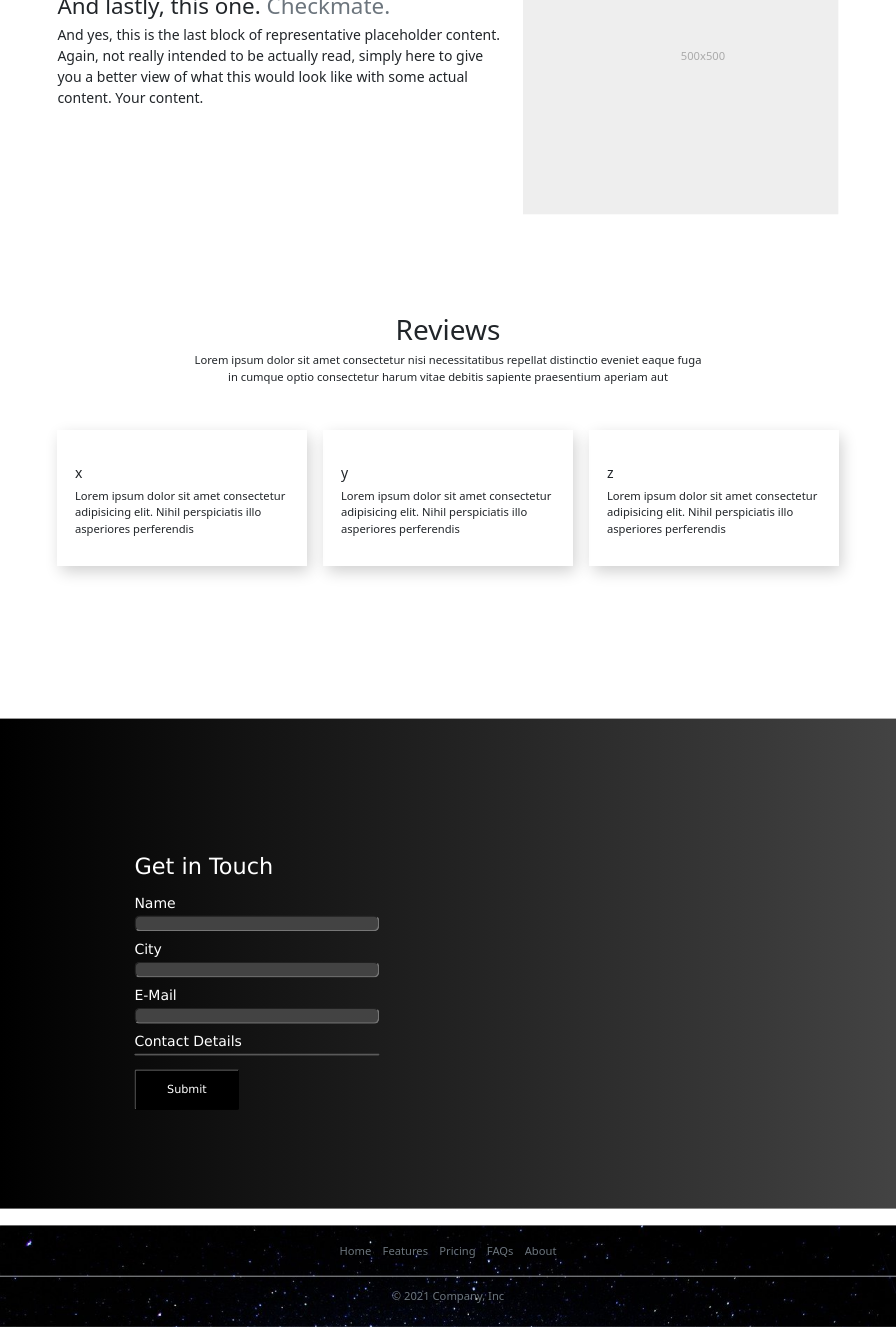
Repository: sarthakkathpalia/elliptical
Page: html/home.html
An editor plug-in stored every save of this project. The page is shown before and after the next save, followed by the edit.
The browser window is 1280 px wide. The pictures show the part of the page from y = 2581 to 4501 px (the page is 4501 px tall), at 70% of full size.

Above is the page before, as saved 2021-10-28 21:40:08.
Console error: ReferenceError: emailjs is not defined

### html/home.html
<!doctype html>
<html lang="en">
  <head>
    <!-- Required meta tags -->
    <meta charset="utf-8">
    <meta name="viewport" content="width=device-width, initial-scale=1">

    <!-- Bootstrap CSS -->
    <link href="https://cdn.jsdelivr.net/npm/bootstrap@5.1.3/dist/css/bootstrap.min.css" rel="stylesheet" integrity="sha384-1BmE4kWBq78iYhFldvKuhfTAU6auU8tT94WrHftjDbrCEXSU1oBoqyl2QvZ6jIW3" crossorigin="anonymous">
    <link rel="stylesheet" href="/Css/home.css">
    <script type="text/javascript" src="https://cdn.jsdelivr.net/npm/emailjs-com@3/dist/email.min.js"></script>
    <script type="text/javascript">
    (function() {
    emailjs.init("user_RQy2NQAr1UeMOoaw4Cpgi");
    })();
    </script>
    <title>XYZ</title>
  </head>
  <body>

    <nav class="navbar navbar-expand-lg ">
      <div class="container">
        <a class="navbar-brand" href="#">Navbar</a>
        <button class="navbar-toggler" type="button" data-bs-toggle="collapse" data-bs-target="#navbarNavDropdown" aria-controls="navbarNavDropdown" aria-expanded="false" aria-label="Toggle navigation">
          <span class="navbar-toggler-icon"></span>
        </button>
        <div class="collapse navbar-collapse" id="navbarNavDropdown">
          <ul class="navbar-nav ms-auto ">
            <li class="nav-item">
              <a class="nav-link active" aria-current="page" href="#">Home</a>
            </li>
            <li class="nav-item">
              <a class="nav-link" href="#fly">FLY TO SPACE</a>
            </li>
            <li class="nav-item">
              <a class="nav-link" href="#">Lunar Land</a>
            </li>
            <li class="nav-item">
              <a class="nav-link" href="#section2">About Us</a>
            </li>
            <li class="nav-item">
              <a class="nav-link" href="#services">Reviews</a>
            </li>
            <li class="nav-item">
              <a class="nav-link" href="#contact">Contact us</a>
            </li>

            <li class="nav-item dropdown">
              <a class="nav-link dropdown-toggle" href="#" id="navbarDropdownMenuLink" role="button" data-bs-toggle="dropdown" aria-expanded="false">
                Dropdown link
              </a>
              <ul class="dropdown-menu" aria-labelledby="navbarDropdownMenuLink">
                <li><a class="dropdown-item" href="#">Action</a></li>
                <li><a class="dropdown-item" href="#">Another action</a></li>
                <li><a class="dropdown-item" href="#">Something else here</a></li>
              </ul>
            </li>
          </ul>
        </div>
      </div>
    </nav>


    <div class="home vh-100 d-flex align-items-center" id="home">
      <div class="container">
          <div class="row">
              <div class="col-lg-7 mx-auto text-center">
                  <h1 class="display-4 ">Lorem ipsum dolor sit amet.</h1>
                  <p class=" my-3">Lorem ipsum dolor sit amet, consectetur adipisicing elit. Eaque quia
                      sequi eius. Quas, totam aliquid. Repudiandae reiciendis vel excepturi ipsa voluptate dicta!</p>
                  <a href="#" class="btn me-1 ">Get Started</a>

              </div>
          </div>
      </div>
  </div>


      <a id="arrow" class = "arrow" href="#home">TOP</a>





<main id=section2>
  <div class=" section2 container ">
    <div class="row ">
      <div class="col-lg-6 ">
          <h1 data-js="reveal" class="display-4 ">About Us</h1>
          <p  data-js="reveal" class=" my-3">Lorem ipsum dolor sit amet, consectetur adipisicing elit. Eaque quia
              sequi eius. Quas, totam aliquid. Repudiandae reiciendis vel excepturi ipsa voluptate dicta!</p>
      </div>
    </div>
</div>
</main>

<div class="container marketing">



  <div id="fly" class="con1">
  <div class="row featurette align-items-center">
    <div class="col-md-7">
      <h2 class="featurette-heading">First featurette heading. <span class="text-muted">It’ll blow your mind.</span></h2>
      <p class="lead">Some great placeholder content for the first featurette here. Imagine some exciting prose here.</p>
    </div>
    <div class="col-md-5">
      <!-- <img src="cosmos.jpg" alt=""> -->
      <svg class="bd-placeholder-img bd-placeholder-img-lg featurette-image img-fluid mx-auto" width="500" height="500" xmlns="http://www.w3.org/2000/svg" role="img" aria-label="Placeholder: 500x500" preserveAspectRatio="xMidYMid slice" focusable="false"><title>Placeholder</title><rect width="100%" height="100%" fill="#eee"></rect><text x="50%" y="50%" fill="#aaa" dy=".3em">500x500</text></svg>

    </div>
  </div>
</div>
</div>

<div class="con2">
  <div class=" container marketing">

  <div class="row featurette align-items-center">
    <div class="col-md-7 order-md-2">
      <h2 class="featurette-heading">Oh yeah, it’s that good. <span class="text-muted">See for yourself.</span></h2>
      <p class="lead">Another featurette? Of course. More placeholder content here to give you an idea of how this layout would work with some actual real-world content in place.</p>
    </div>
    <div class="col-md-5 order-md-1">
      <svg class="bd-placeholder-img bd-placeholder-img-lg featurette-image img-fluid mx-auto" width="500" height="500" xmlns="http://www.w3.org/2000/svg" role="img" aria-label="Placeholder: 500x500" preserveAspectRatio="xMidYMid slice" focusable="false"><title>Placeholder</title><rect width="100%" height="100%" fill="#eee"></rect><text x="50%" y="50%" fill="#aaa" dy=".3em">500x500</text></svg>

    </div>
  </div>
</div>
</div>

  <div class="con3">
  <div class="container marketing">

  <div class="row featurette align-items-center">
    <div class="col-md-7">
      <h2 class="featurette-heading">And lastly, this one. <span class="text-muted">Checkmate.</span></h2>
      <p class="lead">And yes, this is the last block of representative placeholder content. Again, not really intended to be actually read, simply here to give you a better view of what this would look like with some actual content. Your content.</p>
    </div>
    <div class="col-md-5">
      <svg class="bd-placeholder-img bd-placeholder-img-lg featurette-image img-fluid mx-auto" width="500" height="500" xmlns="http://www.w3.org/2000/svg" role="img" aria-label="Placeholder: 500x500" preserveAspectRatio="xMidYMid slice" focusable="false"><title>Placeholder</title><rect width="100%" height="100%" fill="#eee"></rect><text x="50%" y="50%" fill="#aaa" dy=".3em">500x500</text></svg>

    </div>
  </div>

 </div>
</div>

<section id="services">

  <div class="container">
      <div class="row  mb-5">
          <div class=" col-md-8 mx-auto text-center">

              <h1 data-aos="fade-up">Reviews</h1>
              <p>Lorem ipsum dolor sit amet consectetur nisi necessitatibus repellat distinctio eveniet eaque fuga
                  in cumque optio consectetur harum vitae debitis sapiente praesentium aperiam aut</p>
          </div>
      </div>
      <div class="row g-4">
          <div class="col-lg-4 col-sm-6">
              <div class="service card-effect bounceInUp">
                  <div class="iconbox">
                      <i class='bx bxs-check-shield'></i>
                  </div>
                  <h5 class="mt-4 mb-2">x</h5>
                  <p>Lorem ipsum dolor sit amet consectetur adipisicing elit. Nihil perspiciatis illo asperiores
                      perferendis </p>
              </div>
          </div>
          <div class="col-lg-4 col-sm-6">
              <div class="service card-effect">
                  <div class="iconbox">
                      <i class='bx bxs-comment-detail'></i>
                  </div>
                  <h5 class="mt-4 mb-2">y</h5>
                  <p>Lorem ipsum dolor sit amet consectetur adipisicing elit. Nihil perspiciatis illo asperiores
                      perferendis </p>
              </div>
          </div>
          <div class="col-lg-4 col-sm-6">
              <div class="service card-effect">
                  <div class="iconbox">
                      <i class='bx bxs-cog'></i>
                  </div>
                  <h5 class="mt-4 mb-2">z</h5>
                  <p>Lorem ipsum dolor sit amet consectetur adipisicing elit. Nihil perspiciatis illo asperiores
                      perferendis </p>
              </div>
          </div>
         </div>

  </div>
</section>
<div id= "contact" class="form">

  <h2>Get in Touch</h2>
  <label htmlFor="name">Name</label>
  <input type="text" id="name"/>
  <label htmlFor="City">City</label>
  <input type="text" id="city"/>
  <label htmlFor="email">E-Mail</label>
  <input type="email" id="email"/>
  <label>Contact Details</label>
  <textarea  rows="7" cols="100"  id="message" ></textarea>
  <button class="b1" onclick="sendEmail()">Submit</button>
</div>



<footer class="py-3 my-4">
  <ul class="nav justify-content-center border-bottom pb-3 mb-3">
    <li class="nav-item"><a href="#" class="nav-link px-2 text-muted">Home</a></li>
    <li class="nav-item"><a href="#" class="nav-link px-2 text-muted">Features</a></li>
    <li class="nav-item"><a href="#" class="nav-link px-2 text-muted">Pricing</a></li>
    <li class="nav-item"><a href="#" class="nav-link px-2 text-muted">FAQs</a></li>
    <li class="nav-item"><a href="#" class="nav-link px-2 text-muted">About</a></li>
  </ul>
  <p class="text-center text-muted">© 2021 Company, Inc</p>
</footer>



    <!-- Optional JavaScript; choose one of the two! -->

    <!-- Option 1: Bootstrap Bundle with Popper -->
    <script src="https://cdn.jsdelivr.net/npm/bootstrap@5.1.3/dist/js/bootstrap.bundle.min.js" integrity="sha384-ka7Sk0Gln4gmtz2MlQnikT1wXgYsOg+OMhuP+IlRH9sENBO0LRn5q+8nbTov4+1p" crossorigin="anonymous"></script>

    <!-- Option 2: Separate Popper and Bootstrap JS -->
    <!--
    <script src="https://cdn.jsdelivr.net/npm/@popperjs/core@2.10.2/dist/umd/popper.min.js" integrity="sha384-7+zCNj/IqJ95wo16oMtfsKbZ9ccEh31eOz1HGyDuCQ6wgnyJNSYdrPa03rtR1zdB" crossorigin="anonymous"></script>
    <script src="https://cdn.jsdelivr.net/npm/bootstrap@5.1.3/dist/js/bootstrap.min.js" integrity="sha384-QJHtvGhmr9XOIpI6YVutG+2QOK9T+ZnN4kzFN1RtK3zEFEIsxhlmWl5/YESvpZ13" crossorigin="anonymous"></script>
    -->
    <script src="/main.js"></script>
  </body>
</html>

### Css/home.css

*{
    margin: 0;
    padding: 0;
    box-sizing: border-box;
}
.arrow{
    font-size: 20px;
    color: white;
    bottom: 0px;
    right: 0px;
    padding: 20px;
    position: fixed;
}
.navbar-nav{
    font-weight: bold;
    text-transform: uppercase;
    font-size: 17px;
    font-family: 'Gill Sans', 'Gill Sans MT', Calibri, 'Trebuchet MS', sans-serif;
}

.navbar{
    position: absolute;
    z-index: 10;
    margin-top: 9px;
    width: 100%;
}
.navbar-nav a{
    color: rgb(255, 254, 253);
}

.navbar-nav a:hover{
    color: black;
   text-decoration: underline;
   transition: 0.5s;
  font-size: 18px;
  transform: translateY(-8%);
}
.home{
    position: relative;
    background-image: url(/Images/astronaut.jpg);
    background-size: cover;
    background-position: center;
}
.home .row{
    margin-top: 350px;
}
.home h1{
    color: rgb(148, 11, 11);
    font-weight: bold;
}
.home p{
    color: antiquewhite;
}
.row a{
    border: 2px solid wheat;
    color: aliceblue;
}
.row a:hover{
    transition: 0.2s;
    transform: translateY(5%);
    font-size: 18px;
    border: 2px solid wheat;
    color: aliceblue;
}
.nav-item a:focus{
    color:black;
}
section {

    height:700px;

    padding-top: 120px;
    padding-bottom: 120px;
  }
  .service{
    padding: 25px;
    box-shadow: 5px 8px 22px rgba(0, 0, 0, 0.199);
    transition: all 0.35s ease;
  }

  .service:hover{
    box-shadow: 5px 8px 22px rgba(38, 17, 66, 0.205);
    transform: translateY(5px);

  }
  .dropdown-menu a{
      color:black;
  }

   #section2 .container {

    padding-top: 120px;
    padding-bottom: 120px;
    background-image: url(/Images/astronaut.jpg);
    background-repeat: no-repeat;
    background-size: cover;
    max-width: 100%;

  }
  .section2 .row{
     display: flex;
     margin: 140px;
     margin-top: 170px;
     margin-bottom:150px ;
    color: aliceblue;
  }
  [data-reveal="text"]{
      opacity: 0;

  }
  [data-js="reveal"].loaded [data-reveal="text"]{
      opacity:1;
      animation:reveal-text 1.5s ease;

  }
  @keyframes reveal-text {
      0%{
         opacity: 0;

      }
      50%{

          opacity: 1;
      }

    }

    .con1,.con3{
        padding: 20px;


      }
      .con2 h2{
        color:rgb(245, 239, 239);
      }
      .con2 p{
        color:rgba(240, 238, 238, 0.726);
      }

      .con2{
        background-image:url(/Images/cosmos.jpg) ;
        padding: 20px;
      }

      footer {
        background-image:url(/Images/cosmos.jpg) ;
      }
      .form{
          height: 700px;
        font-family:'Lucida Sans', 'Lucida Sans Regular', 'Lucida Grande', 'Lucida Sans Unicode', Geneva, Verdana, sans-serif;
        padding: 15%;
        /* background: url('215c7fdca6033092baa04b35c17466bd.gif') no-repeat ;
        background-size: cover; */
        background-image: linear-gradient(to right,#000000,#434343);
        display: flex;
        color: white;
        flex-direction: column;
    }
    input,textarea{
        background-color: #434343;
    }
    textarea{
        width:350px;

        border-radius: 8px;

    }
    input{
        width:350px;
        height: 30px;
        border-radius: 8px;
    }

    label{
        font-size: 20px;
        margin-top: 10px;
        margin-bottom: 3px;
    }
    .b1{
        margin-top: 20px;
        color: white;
        background-color:#000000 ;
        padding: 15px;
        width: 150px;
        border-radius: 3px;
    }
    .b1:hover{
        background-color: white;
        color: black;
    }

### main.js
"use strict";
const sendEmail = async () => {
  var templateParams = {
      name: document.getElementById("name").value,
      message:document.getElementById("message").value,
      city:document.getElementById("city").value,
      Email:document.getElementById("email").value
  };

  emailjs.send('service_v5j0w57', 'template_jckj8km',templateParams)
    .then(function(res)
        {
          console.log("success",res.status);
        })

  const res = await fetch("https://tea-baggins-default-rtdb.firebaseio.com/form.json",{
      method: "POST",
      headers: {
          "Content-Type" : "application/json",
      },
      body:JSON.stringify(templateParams),
     })

  console.log("submited");
  alert("Thank you for your response");
}

var COLOR_LIST = ['#31fe4d', '#ff00ff', 'orange', '#007fff', '#00ffff'];
var $targetList;

var init = function init() {
  $targetList = document.querySelectorAll('[data-js="reveal"]');
  setup();
  window.addEventListener('scroll', onScroll, false);
  window.dispatchEvent(new Event('scroll'));
};

var getArrayRandomValue = function getArrayRandomValue(array) {
  return array[Math.floor(Math.random() * array.length)];
};

var setup = function setup() {
  var _iteratorNormalCompletion = true;
  var _didIteratorError = false;
  var _iteratorError = undefined;

  try {
    for (var _iterator = $targetList[Symbol.iterator](), _step; !(_iteratorNormalCompletion = (_step = _iterator.next()).done); _iteratorNormalCompletion = true) {
      var $target = _step.value;
      var content = $target.innerHTML;
      var color = 'revealColor' in $target.dataset ? $target.dataset.revealColor : getArrayRandomValue(COLOR_LIST);
      $target.innerHTML = "<span data-reveal=\"content\"><div data-reveal=\"cover\" style=\"background-color:".concat(color, "\"></div><span data-reveal=\"text\">").concat(content, "</span></span>");
    }
  } catch (err) {
    _didIteratorError = true;
    _iteratorError = err;
  } finally {
    try {
      if (!_iteratorNormalCompletion && _iterator.return != null) {
        _iterator.return();
      }
    } finally {
      if (_didIteratorError) {
        throw _iteratorError;
      }
    }
  }
};

var onScroll = function onScroll() {
  var windowH = window.innerHeight;
  var scrollTop = document.documentElement.scrollTop || document.body.scrollTop;
  var isMostScroll = document.body.clientHeight <= scrollTop + windowH;
  var _iteratorNormalCompletion2 = true;
  var _didIteratorError2 = false;
  var _iteratorError2 = undefined;

  try {
    for (var _iterator2 = $targetList[Symbol.iterator](), _step2; !(_iteratorNormalCompletion2 = (_step2 = _iterator2.next()).done); _iteratorNormalCompletion2 = true) {
      var $target = _step2.value;
      if ($target.classList.contains('loaded')) continue;
      var rect = $target.getBoundingClientRect();
      var top = rect.top + scrollTop;
      if (isMostScroll || top <= scrollTop + windowH * .8) $target.classList.add('loaded');
    }
  } catch (err) {
    _didIteratorError2 = true;
    _iteratorError2 = err;
  } finally {
    try {
      if (!_iteratorNormalCompletion2 && _iterator2.return != null) {
        _iterator2.return();
      }
    } finally {
      if (_didIteratorError2) {
        throw _iteratorError2;
      }
    }
  }
};

document.addEventListener('DOMContentLoaded', init, false);

After the next save:
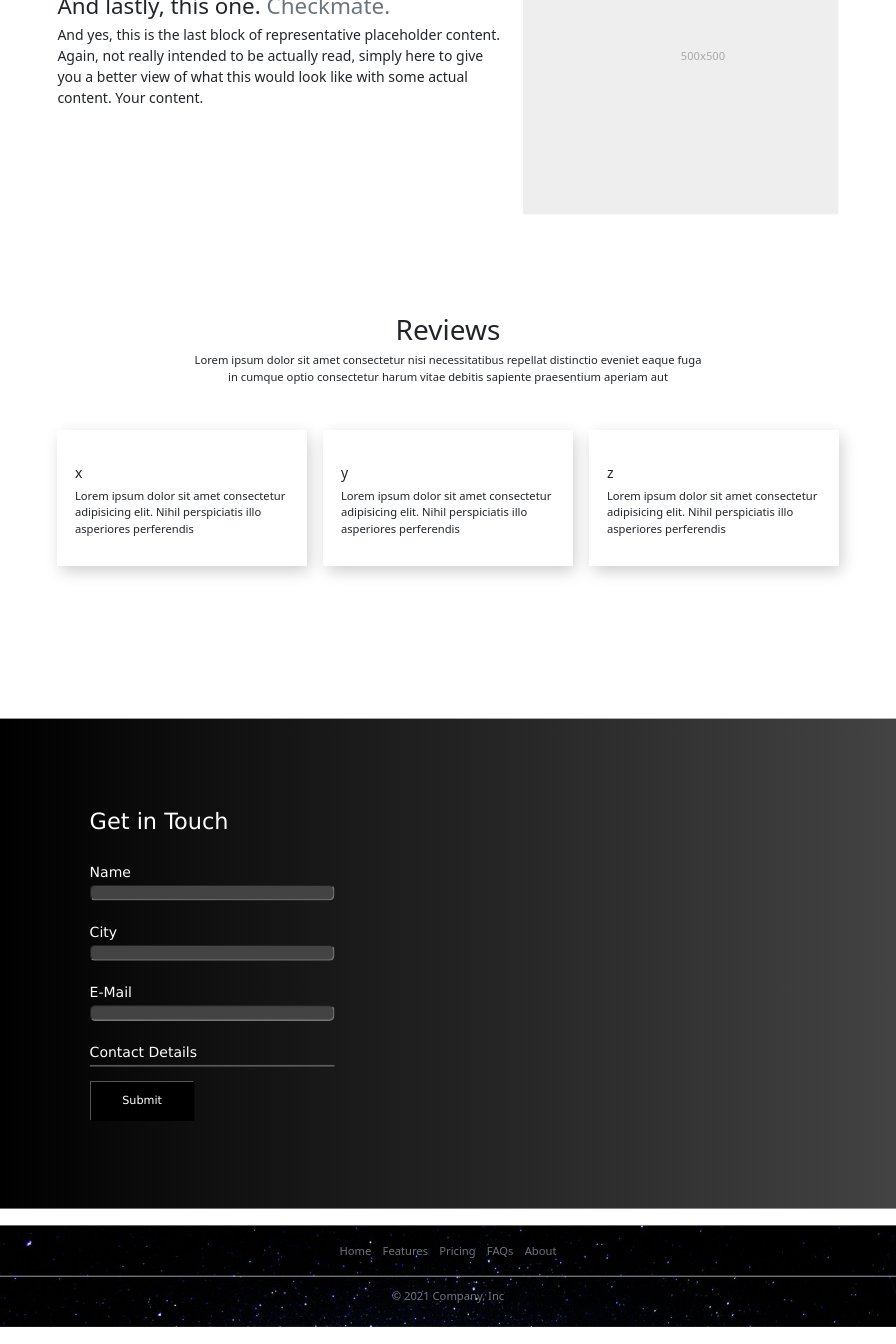
Saved 30 s later.
--- a/Css/home.css
+++ b/Css/home.css
@@ -147,9 +147,10 @@ section {
         background-image:url(/Images/cosmos.jpg) ;
       }
       .form{
+
           height: 700px;
         font-family:'Lucida Sans', 'Lucida Sans Regular', 'Lucida Grande', 'Lucida Sans Unicode', Geneva, Verdana, sans-serif;
-        padding: 15%;
+        padding: 10%;
         /* background: url('215c7fdca6033092baa04b35c17466bd.gif') no-repeat ;
         background-size: cover; */
         background-image: linear-gradient(to right,#000000,#434343);
@@ -174,7 +175,7 @@ section {
 
     label{
         font-size: 20px;
-        margin-top: 10px;
+        margin-top: 30px;
         margin-bottom: 3px;
     }
     .b1{
